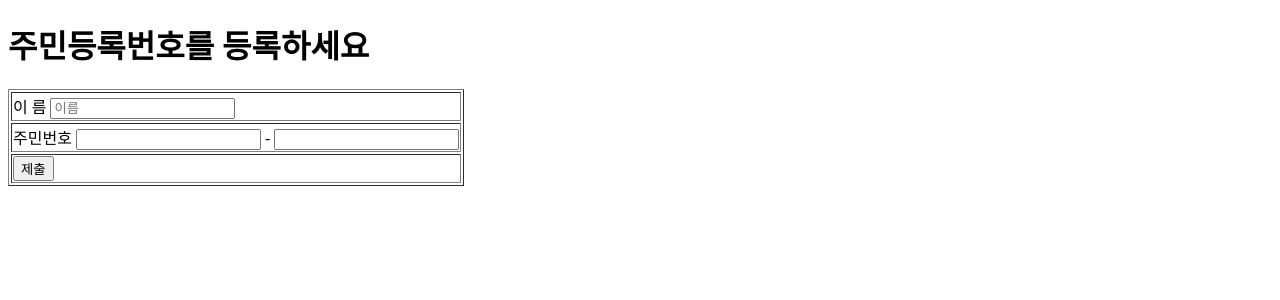
Repository: Jamikidu/newJsp
Page: http://localhost/jspProj/redirectExam/input.jsp
These files come from the project's save history. The page is drawn as it stood at one moment and after the next save; the edit follows.
The browser window is 1280 px wide. The pictures show the whole page.
The page is served by Tomcat 9.

Above is the page before, as saved 2023-08-02 11:20:43.

After the next save:
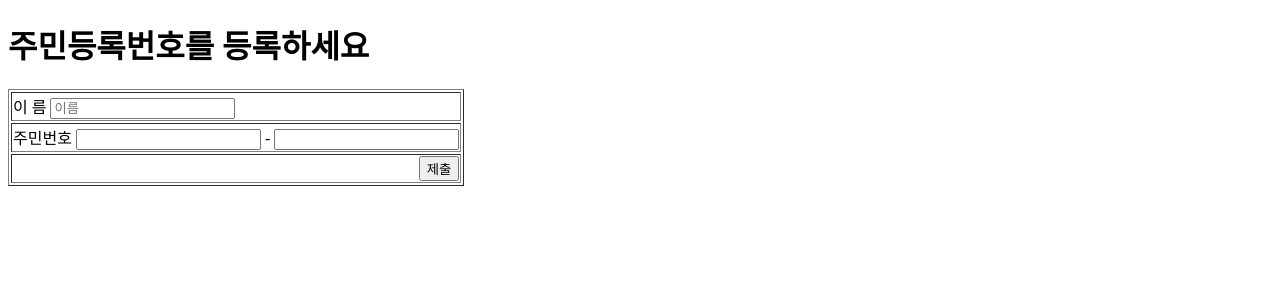
Saved 42 s later.
--- a/jspProj/src/main/webapp/redirectExam/input.jsp
+++ b/jspProj/src/main/webapp/redirectExam/input.jsp
@@ -17,7 +17,7 @@
 		<td>주민번호 <input type="text" name="frontNum"> - <input type="text" name="backNum"></td>
 	</tr>
 	<tr>
-		<td colspan="2"><button type="submit">제출</button></td>
+		<td align="right"><button type="submit">제출</button></td>
 	</tr>
 </table>
 
